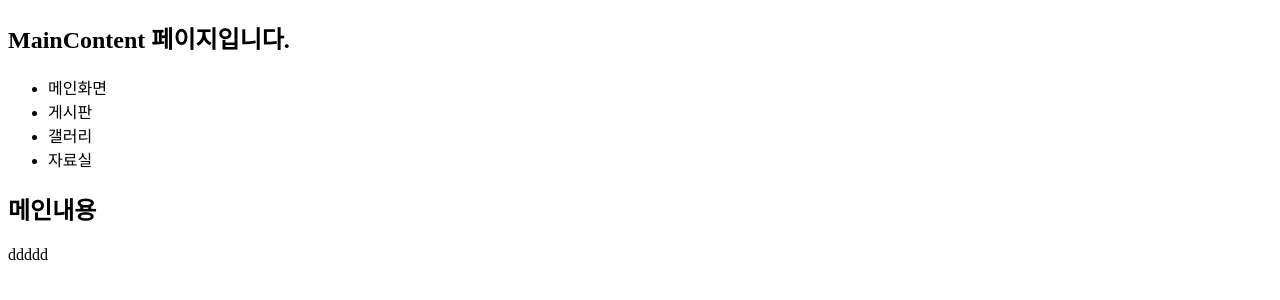
Repository: simjiho/week
Page: http://localhost/el_jstl/views/content.jsp
The author's editor kept a copy of each file at every save. The page is drawn from the files as they stood at one save, then again after the next save.
The browser window is 1280 px wide. The pictures show the whole page.
The page is served by Tomcat 9. Other server files are loaded and not shown.

Above is the page before, as saved 2024-04-20 05:34:27.

### workspace/el_jstl/src/main/webapp/views/content.jsp
<%@ page language="java" contentType="text/html; charset=UTF-8"
    pageEncoding="UTF-8"%>

<jsp:include page="/views/common/header.jsp">
	<jsp:param name="title" value="MainContent"/>
	<jsp:param name="style" value="color:yellow"/>
</jsp:include>
	<h2>메인내용</h2>
	<p>ddddd</p>
</body>
</html>

### workspace/el_jstl/src/main/webapp/views/common/header.jsp
<%@ page language="java" contentType="text/html; charset=UTF-8"
    pageEncoding="UTF-8"%>
<%
	String name="안녕";
%>
<!DOCTYPE html>
<html>
<head>
<meta charset="UTF-8">
<title>근명고등학교</title>
</head>
<body>
	<h2>${param.title} 페이지입니다.</h2>
	<ul>
		<li>메인화면</li>
		<li>게시판</li>
		<li>갤러리</li>
		<li>자료실</li>
	</ul>

After the next save:
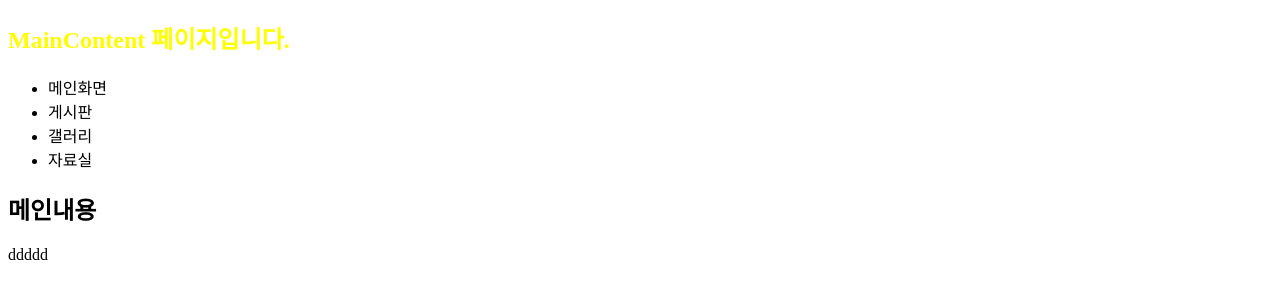
Saved 30 s later.
--- a/workspace/el_jstl/src/main/webapp/views/common/header.jsp
+++ b/workspace/el_jstl/src/main/webapp/views/common/header.jsp
@@ -10,7 +10,7 @@
 <title>근명고등학교</title>
 </head>
 <body>
-	<h2>${param.title} 페이지입니다.</h2>
+	<h2 style="${param.style}">${param.title} 페이지입니다.</h2>
 	<ul>
 		<li>메인화면</li>
 		<li>게시판</li>
